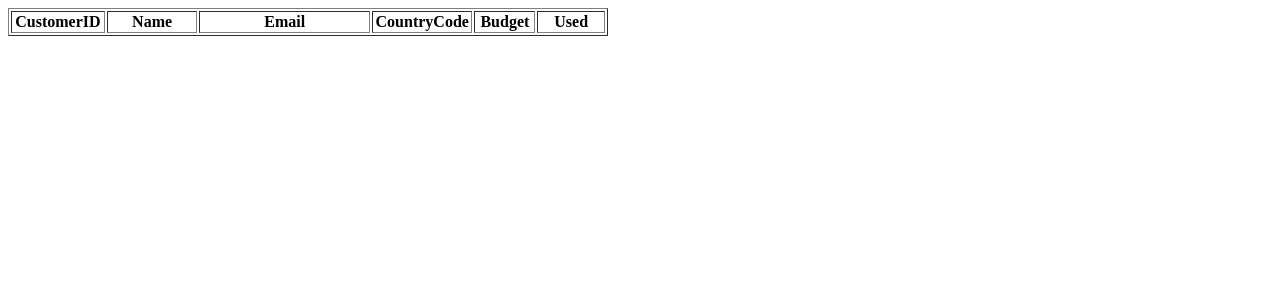
Repository: Wanaratkhamla/LabJavaWeb
Page: http://localhost/todo/testViewdatabase.jsp
An editor plug-in stored every save of this project. The page is shown before and after the next save, followed by the edit.
The browser window is 1280 px wide. The pictures show the whole page.
The page is served by Tomcat 9. Queries for data that is not in the repository find no rows.

Above is the page before, as saved 2017-02-24 10:52:22.

After the next save:
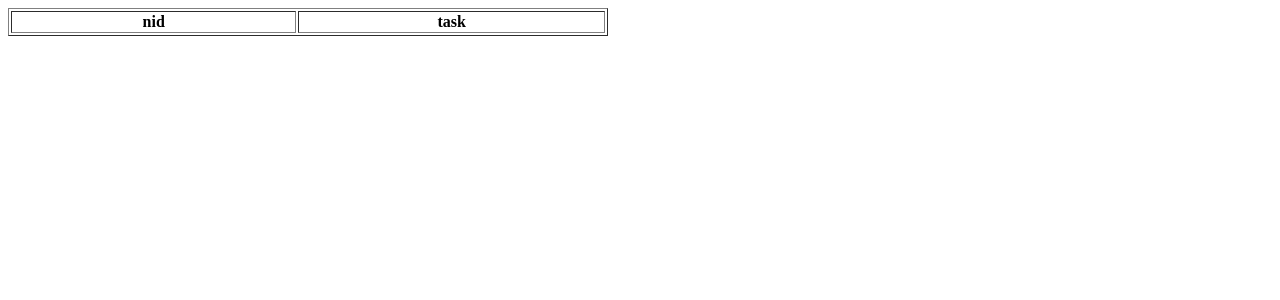
Saved 23 s later.
--- a/todo/WebContent/testViewdatabase.jsp
+++ b/todo/WebContent/testViewdatabase.jsp
@@ -26,12 +26,8 @@
 		%>
 		<table width="600" border="1">
 		  <tr>
-		    <th width="91"> <div align="center">CustomerID </div></th>
-		    <th width="98"> <div align="center">Name </div></th>
-		    <th width="198"> <div align="center">Email </div></th>
-		    <th width="97"> <div align="center">CountryCode </div></th>
-		    <th width="59"> <div align="center">Budget </div></th>
-		    <th width="71"> <div align="center">Used </div></th>
+		    <th width="91"> <div align="center">nid </div></th>
+		    <th width="98"> <div align="center">task </div></th>
 		  </tr>
 			<%while((rec!=null) && (rec.next())) { %>
 				  <tr>
